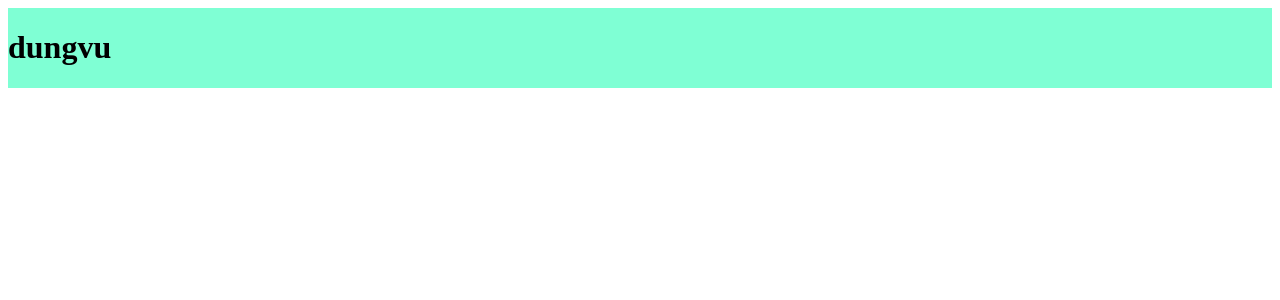
Repository: dungvu2612/python
Page: index.html
These files come from the project's save history. The page is drawn as it stood at one moment and after the next save; the edit follows.
The browser window is 1280 px wide. The pictures show the whole page.

Above is the page before, as saved 2022-12-08 00:21:53.

After the next save:
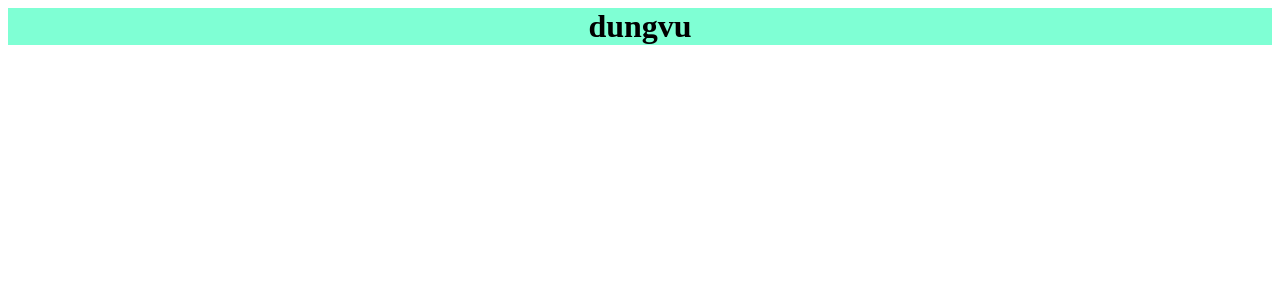
Saved 17 s later.
--- a/index.html
+++ b/index.html
@@ -10,6 +10,9 @@ div{
     display: flex;
     background-color: aquamarine;
 }
+h1{
+    margin: auto;
+}
     </style>
 </head>
 
